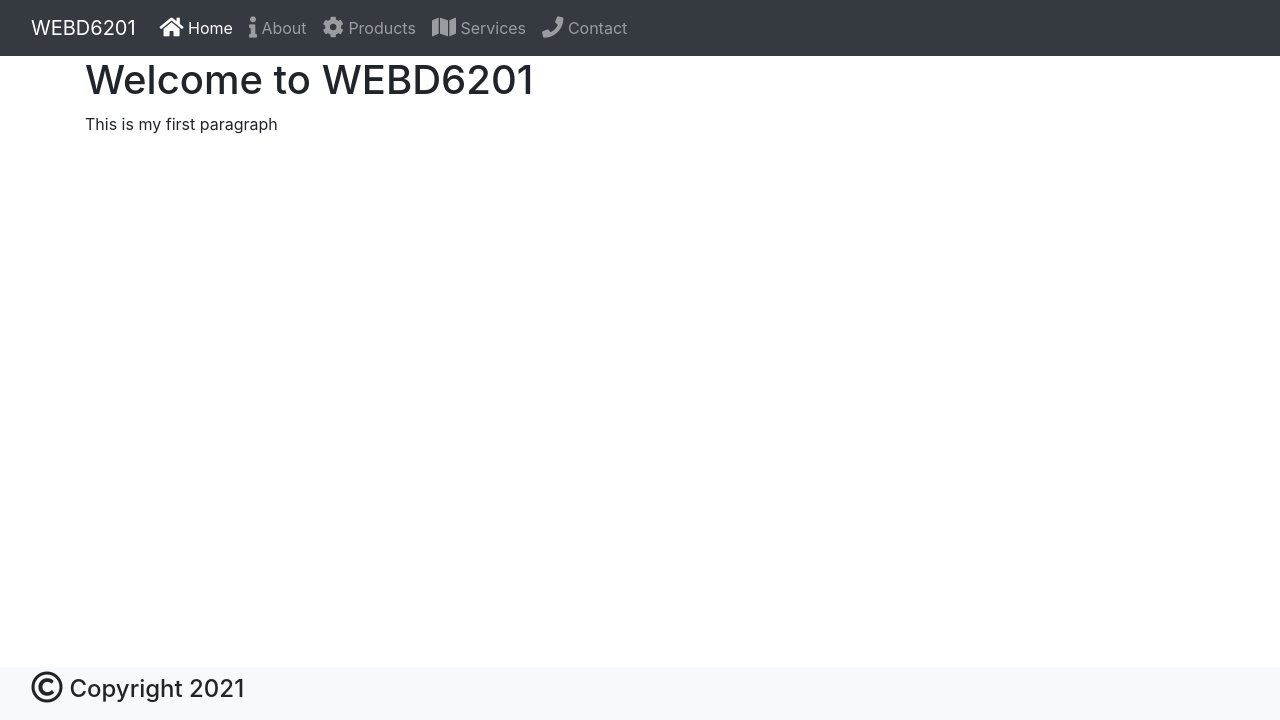
Repository: aaron33aaron/WEBD6201-W2021
Page: index.html
The author's editor kept a copy of each file at every save. The page is drawn from the files as they stood at one save, then again after the next save.
The browser window is 1280 px wide. The pictures show the whole page.

Above is the page before, as saved 2021-01-22 20:03:54.
Console error: ReferenceError: newDivTag is not defined

### index.html
<!-- Name: Aaron LeBlanc
     Date: 2020/01/20
     File name: index.html
     Description: This is the index page for the website
-->
<!DOCTYPE html>
<html lang="en">
<head>
    <meta charset="UTF-8">
    <meta name="viewport" content="width=device-width, initial-scale=1.0">
    <title>Home</title>

    <!-- CSS Section -->
    <link rel="stylesheet" href="./node_modules/bootstrap/dist/css/bootstrap.min.css">
    <link rel="stylesheet" href="./node_modules/@fortawesome//fontawesome-free/css/all.min.css">
    <link rel="stylesheet" href="./Content/app.css">
</head>
<body>

    <!-- Main navigation section-->
    <header>
        <nav class="navbar navbar-expand-lg navbar-dark bg-dark justify-content-end">
            <div class="container-fluid">
              <a class="navbar-brand" href="index.html">WEBD6201</a>
              <button class="navbar-toggler" type="button" data-bs-toggle="collapse" data-bs-target="#navbarSupportedContent" aria-controls="navbarSupportedContent" aria-expanded="false" aria-label="Toggle navigation">
                <span class="navbar-toggler-icon"></span>
              </button>
              <div class="collapse navbar-collapse" id="navbarSupportedContent">

                <ul class="navbar-nav">

                  <li class="nav-item">
                    <a id="home" class="nav-link active" aria-current="page" href="index.html"><i class="fas fa-home fa-lg"></i> Home</a>
                  </li>

                  <li class="nav-item">
                    <a id="about" class="nav-link" href="about.html"><i class="fas fa-info fa-lg"></i> About</a>
                  </li>

                  <li class="nav-item">
                    <a id="products" class="nav-link" href="products.html"><i class="fas fa-cog fa-lg"></i> Products</a>
                  </li>

                  <li class="nav-item">
                    <a id="services" class="nav-link" href="services.html"><i class="fas fa-map fa-lg"></i> Services</a>
                  </li>

                  <li class="nav-item">
                    <a id="contact" class="nav-link" href="contact.html"><i class="fas fa-phone fa-lg"></i> Contact</a>
                  </li>

                </ul>
              </div>
            </div>
          </nav>
    </header>

    <main class="container">
        <h1>Welcome to WEBD6201</h1>
        <p id="paragraphOne" class="fs-3"></p>
    </main>

    <footer>
        <nav class="navbar fixed-bottom navbar-light bg-light">
            <div class="container-fluid">
              <h4><i class="far fa-copyright fa-lg"></i> Copyright 2021</h4>
            </div>
          </nav>
    </footer>

    <!-- JavaScript Section -->
    <script src="./node_modules/jquery/dist/jquery.min.js"></script>
    <script src="./node_modules/bootstrap/dist/js/bootstrap.bundle.min.js"></script>
    <script src="./Scripts/app.js"></script>
</body>
</html>

### Content/app.css
/* Custom CSS goes here */

### Scripts/app.js
/* Custom scripts go here */

// IIFE - Immediately Invoked Function Expression
// AKA: Anonymous Self-Executing Function

(function(){

    "use strict";

    // initialization function
    function Start()
    {
        console.log("App Started...");

        let paragraphOneContent = "This is my first paragraph";

        //selection examples
        let paragraphOne = document.getElementById("paragraphOne");
        paragraphOne.textContent = paragraphOneContent;

        let paragraphOneContentElements = document.getElementsByTagName("p")[0];
        console.log(paragraphOneContentElements);

        let paragraphQuery = document.querySelector("p");
        console.log(paragraphQuery);

        let paragraphOneQuery = document.querySelectorAll("p")[0];

        // HOW TO INSERT OR ADD BRAND NEW ELEMENT DYNAMICALLY RATHER THAN MANUALLY

        // STEP 1 - CREATE NEW ELEMENT
        let paragraphTwo = document.createElement("p");
        // STEP 2 - CONFIGURE THE NEW ELEMENT
        paragraphTwo.setAttribute("id", "paragraphTwoID");
        paragraphTwo.textContent = "This is my second paragraph";
        paragraphTwo.className = "fs-4 fw-bold";
        // STEP 3 - TARGET THE PARENT ELEMENT
        let mainContent = document.querySelectorAll("main");

        // STEP 4 - APPEND NEW ELEMENT TO THE PARENT
        //mainContent.appendChild(paragraphTwo);

        let newDivtag = document.createElement("div");
        newDivTag.innerHTML = `<h2> this is my second heading </h2>
        <p id="paragraphThree"> This is the third paragraph </p>`;

        //mainContent.append(newDivTag);

        paragraphOne.after(newDivTag)

    }


    // event listener
    window.addEventListener("load", Start);
})();

Loaded but not shown: node_modules/bootstrap/dist/css/bootstrap.min.css (library); node_modules/@fortawesome/fontawesome-free/css/all.min.css (library); node_modules/jquery/dist/jquery.min.js (library); node_modules/bootstrap/dist/js/bootstrap.bundle.min.js (library)

After the next save:
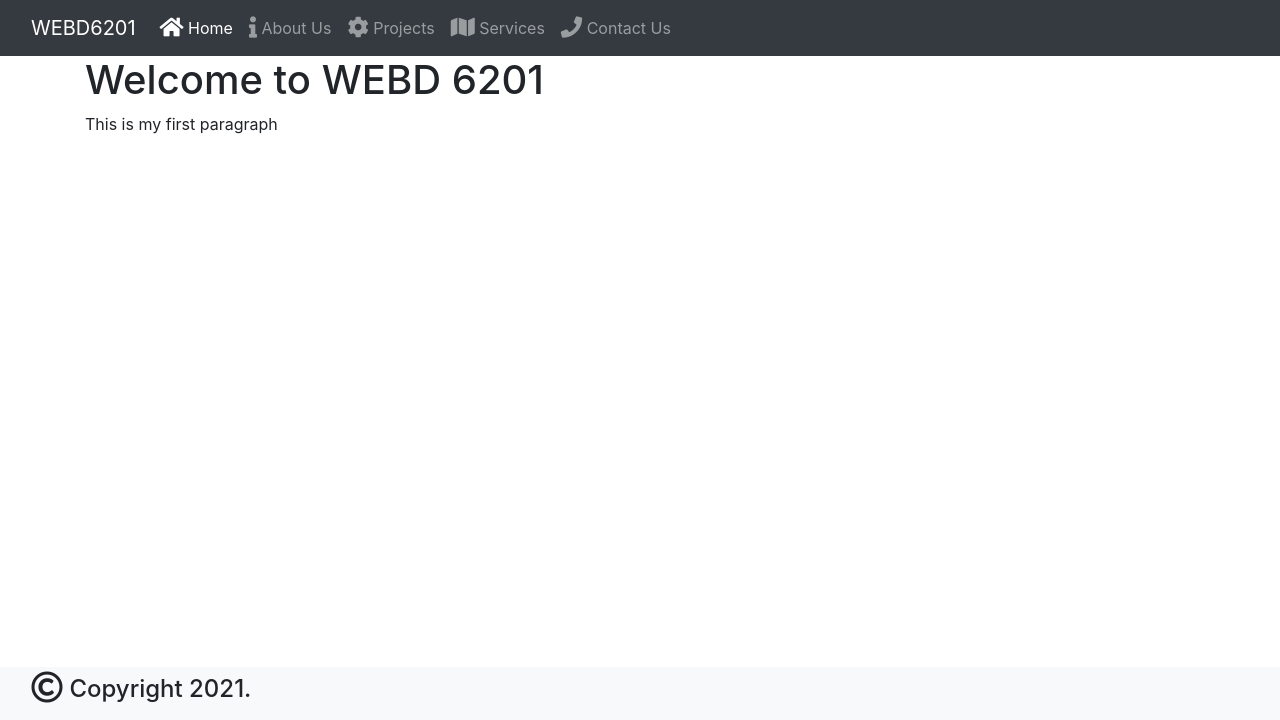
Saved 82 s later.
--- a/index.html
+++ b/index.html
@@ -9,66 +9,64 @@
     <meta charset="UTF-8">
     <meta name="viewport" content="width=device-width, initial-scale=1.0">
     <title>Home</title>
-
     <!-- CSS Section -->
     <link rel="stylesheet" href="./node_modules/bootstrap/dist/css/bootstrap.min.css">
-    <link rel="stylesheet" href="./node_modules/@fortawesome//fontawesome-free/css/all.min.css">
+    <link rel="stylesheet" href="./node_modules/@fortawesome/fontawesome-free/css/all.min.css">
     <link rel="stylesheet" href="./Content/app.css">
 </head>
 <body>
-
-    <!-- Main navigation section-->
+    <!-- Main Header -->
     <header>
-        <nav class="navbar navbar-expand-lg navbar-dark bg-dark justify-content-end">
+        <!-- Main Navigation -->
+        <nav class="navbar navbar-expand-lg navbar-dark bg-dark">
             <div class="container-fluid">
               <a class="navbar-brand" href="index.html">WEBD6201</a>
               <button class="navbar-toggler" type="button" data-bs-toggle="collapse" data-bs-target="#navbarSupportedContent" aria-controls="navbarSupportedContent" aria-expanded="false" aria-label="Toggle navigation">
                 <span class="navbar-toggler-icon"></span>
               </button>
               <div class="collapse navbar-collapse" id="navbarSupportedContent">
-
-                <ul class="navbar-nav">
-
+                <ul class="navbar-nav me-auto mb-2 mb-lg-0">
                   <li class="nav-item">
-                    <a id="home" class="nav-link active" aria-current="page" href="index.html"><i class="fas fa-home fa-lg"></i> Home</a>
+                    <a class="nav-link active" aria-current="page" href="index.html"><i class="fas fa-home fa-lg"></i> Home</a>
                   </li>
 
                   <li class="nav-item">
-                    <a id="about" class="nav-link" href="about.html"><i class="fas fa-info fa-lg"></i> About</a>
+                    <a class="nav-link" aria-current="page" href="about.html"><i class="fas fa-info fa-lg"></i> About Us</a>
                   </li>
 
                   <li class="nav-item">
-                    <a id="products" class="nav-link" href="products.html"><i class="fas fa-cog fa-lg"></i> Products</a>
+                    <a class="nav-link" aria-current="page" href="projects.html"><i class="fas fa-cog fa-lg"></i> Projects</a>
                   </li>
 
                   <li class="nav-item">
-                    <a id="services" class="nav-link" href="services.html"><i class="fas fa-map fa-lg"></i> Services</a>
+                    <a class="nav-link" aria-current="page" href="services.html"><i class="fas fa-map fa-lg"></i> Services</a>
                   </li>
 
                   <li class="nav-item">
-                    <a id="contact" class="nav-link" href="contact.html"><i class="fas fa-phone fa-lg"></i> Contact</a>
+                    <a class="nav-link" aria-current="page" href="contact.html"><i class="fas fa-phone fa-lg"></i> Contact Us</a>
                   </li>
-
                 </ul>
               </div>
             </div>
           </nav>
     </header>
 
+    <!-- Main Content -->
     <main class="container">
-        <h1>Welcome to WEBD6201</h1>
-        <p id="paragraphOne" class="fs-3"></p>
+        <h1>Welcome to WEBD 6201</h1>
+        <p id="paragraphOne"></p>
     </main>
 
+    <!-- Main Footer -->
     <footer>
         <nav class="navbar fixed-bottom navbar-light bg-light">
             <div class="container-fluid">
-              <h4><i class="far fa-copyright fa-lg"></i> Copyright 2021</h4>
+              <h4><i class="far fa-copyright fa-lg"></i> Copyright 2021.</h4>
             </div>
           </nav>
     </footer>
 
-    <!-- JavaScript Section -->
+    <!-- Script Section-->
     <script src="./node_modules/jquery/dist/jquery.min.js"></script>
     <script src="./node_modules/bootstrap/dist/js/bootstrap.bundle.min.js"></script>
     <script src="./Scripts/app.js"></script>
